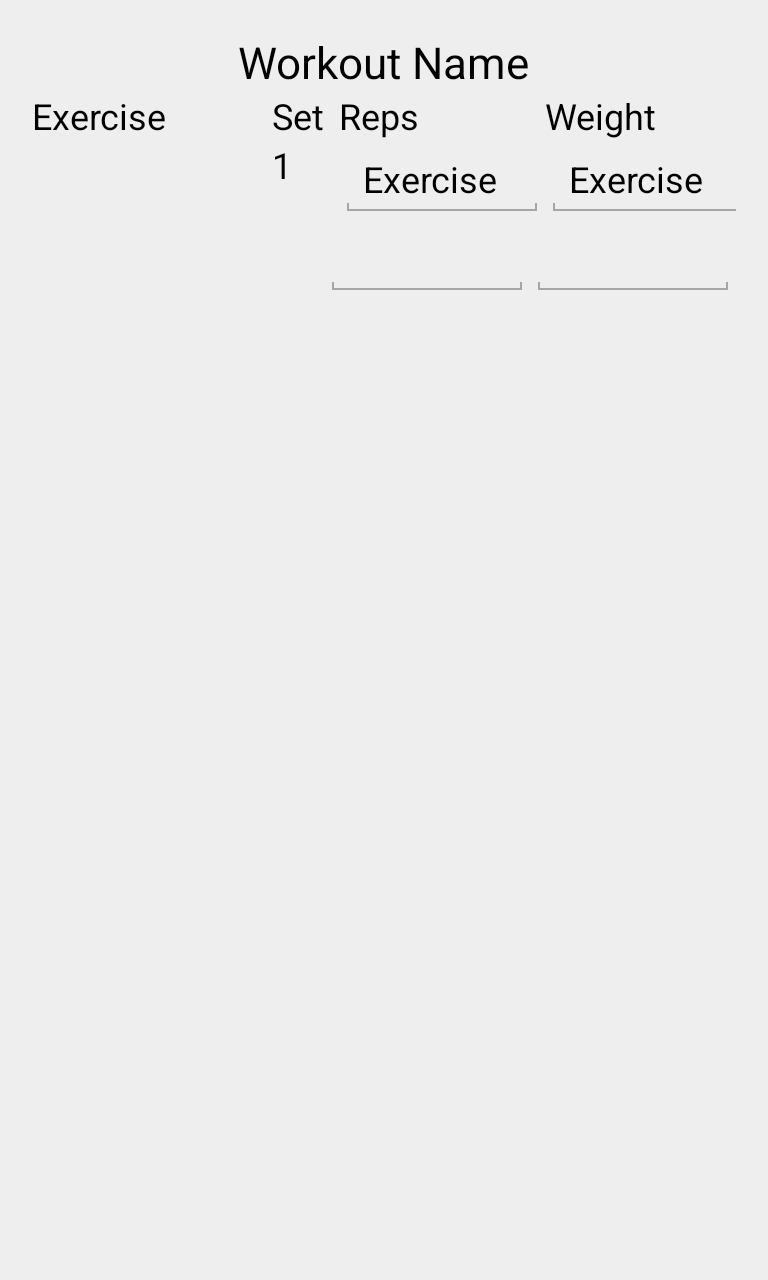
Repository: jmcdon09/EZWorkout
Layout: EzTrain/EzTrain/res/layout/activity_active_workout.xml
These files come from the project's save history. The layout is drawn as it stood at one moment and after the next save; the edit follows.
It is drawn on a 768 x 1280 px phone screen (xhdpi) without system bars, with theme AppTheme; the app's code is not run.

Above is the layout before, as saved 2014-03-30 14:18:35.

After the next save:
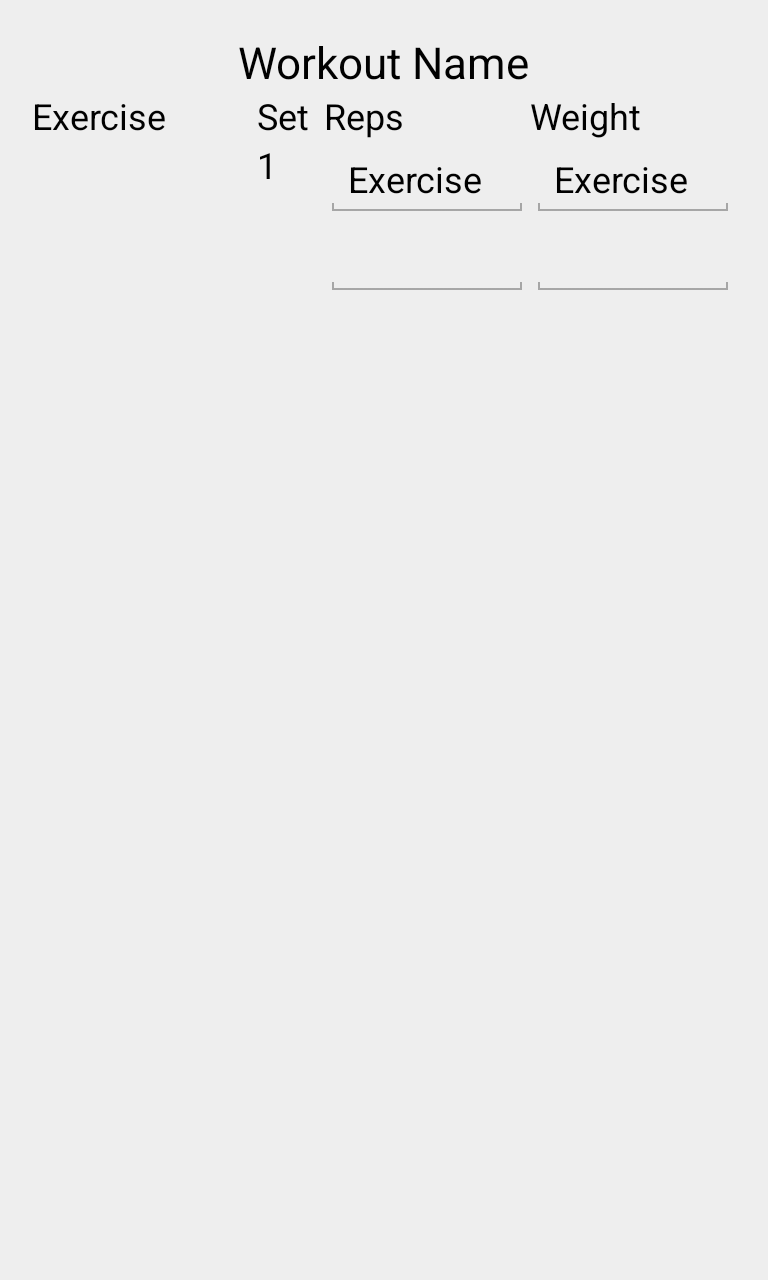
Saved 47 s later.
--- a/EzTrain/EzTrain/res/layout/activity_active_workout.xml
+++ b/EzTrain/EzTrain/res/layout/activity_active_workout.xml
@@ -32,7 +32,7 @@
                 <TextView android:id="@+id/exercise"
                     android:layout_width="fill_parent"
                     android:layout_height="wrap_content"
-                    android:layout_weight="70"
+                    android:layout_weight="60"
                     android:text="Exercise"
                     android:textAppearance="?android:attr/textAppearanceMedium" />
 
@@ -68,7 +68,7 @@
                 <TextView android:id="@+id/exercise1"
                     android:layout_width="fill_parent"
                     android:layout_height="wrap_content"
-                    android:layout_weight="70"
+                    android:layout_weight="60"
                     android:textAppearance="?android:attr/textAppearanceMedium" />
 
                 <TextView android:id="@+id/set1"
